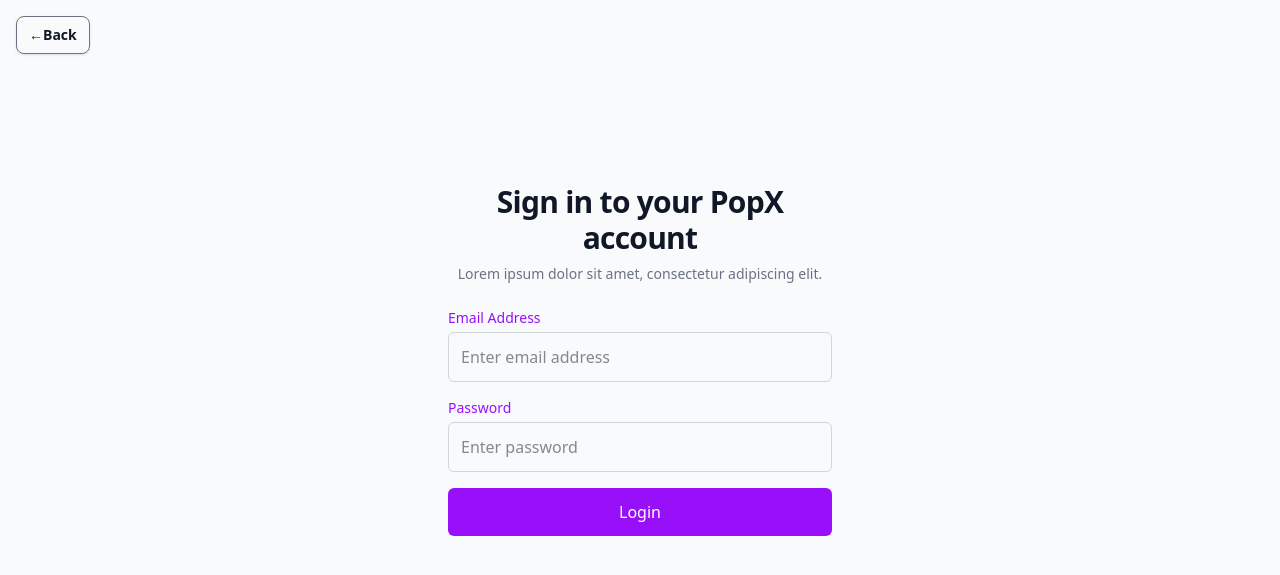
Repository: tanayburbure/inter
Page: /login
The author's editor kept a copy of each file at every save. The page is drawn from the files as they stood at one save, then again after the next save.
The browser window is 1280 px wide. The pictures show the whole page.
The project was rebuilt for these pictures with package versions that can differ from the ones it lists, and the page was loaded fresh each time. Also part of the build but not shown: vite.config.js, src/pages/Welcome.jsx, src/pages/Signup.jsx, src/pages/Account.jsx.

Above is the page before, as saved 2025-06-17 23:02:22.

After the next save:
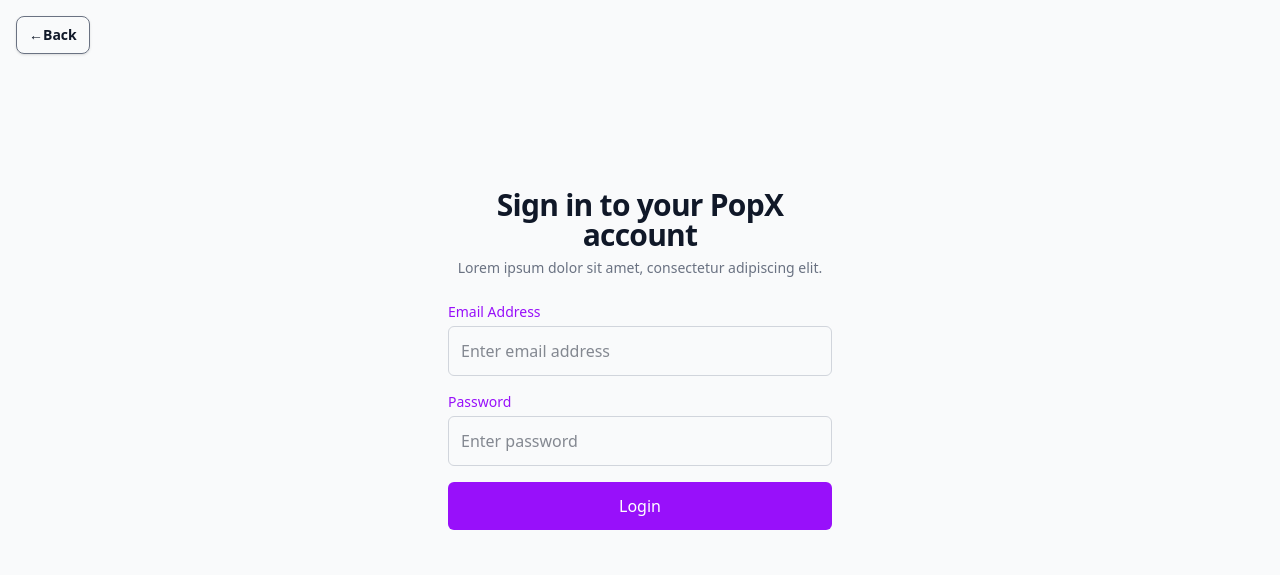
Saved 14 s later.
--- a/src/pages/Login.jsx
+++ b/src/pages/Login.jsx
@@ -31,7 +31,7 @@
     <div className="min-h-screen flex items-center justify-center bg-gray-50 px-4 sm:px-6 lg:px-8">
       <div className="w-full max-w-sm space-y-6">
         <div>
-          <h2 className="text-center text-3xl font-bold tracking-tight">Sign in to your PopX account</h2>
+          <h2 className="text-center text-3xl leading-none font-bold tracking-tight">Sign in to your PopX account</h2>
           <p className="mt-2 text-center text-sm text-gray-500">
             Lorem ipsum dolor sit amet, consectetur adipiscing elit.
           </p>
